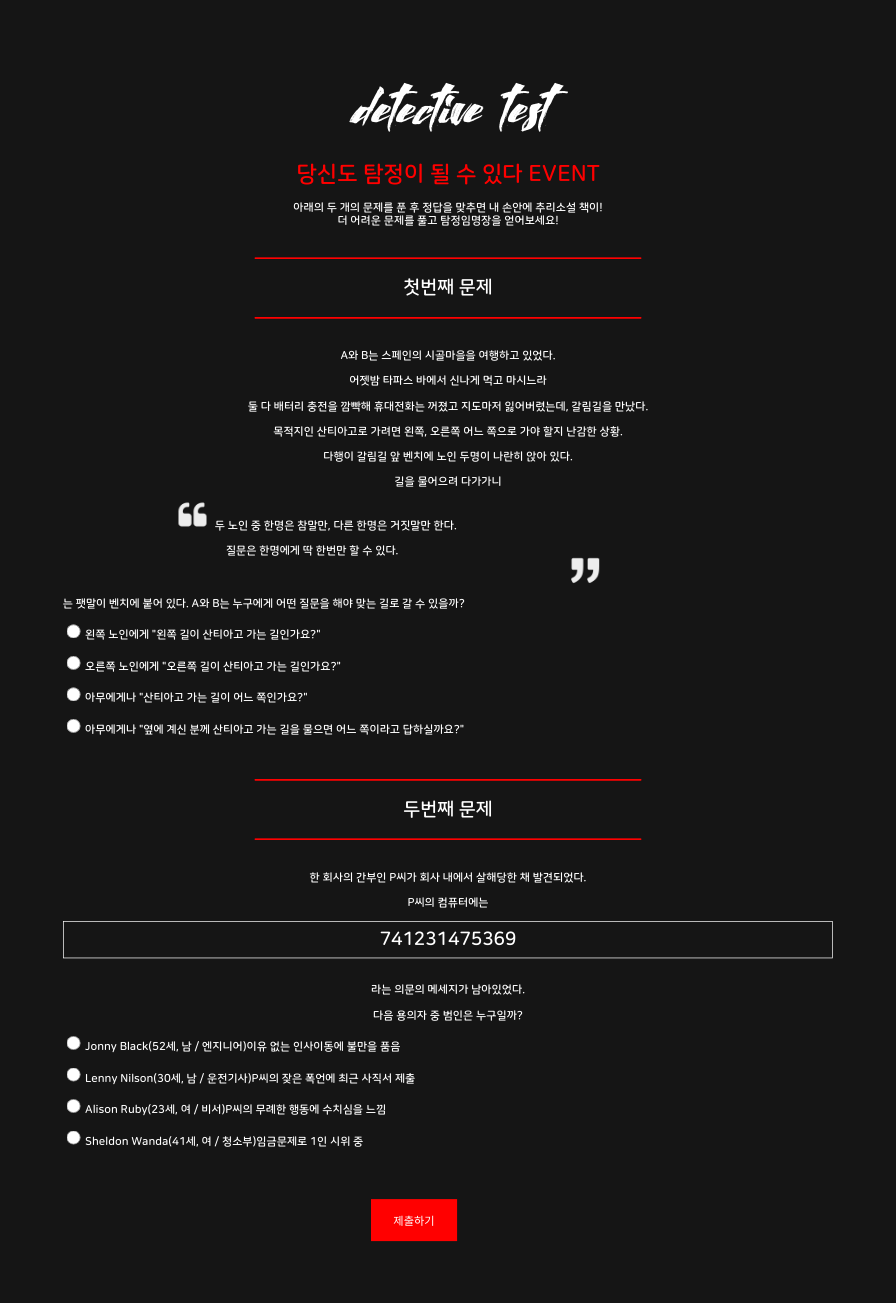
Repository: minkyung0421/Event_Project
Page: http://localhost/Event/quiz.jsp
The author's editor kept a copy of each file at every save. The page is drawn from the files as they stood at one save, then again after the next save.
The browser window is 1280 px wide. The pictures show the whole page, at 70% of full size.
The page is served by Tomcat 9.

Above is the page before, as saved 2018-09-04 08:03:00.

After the next save:
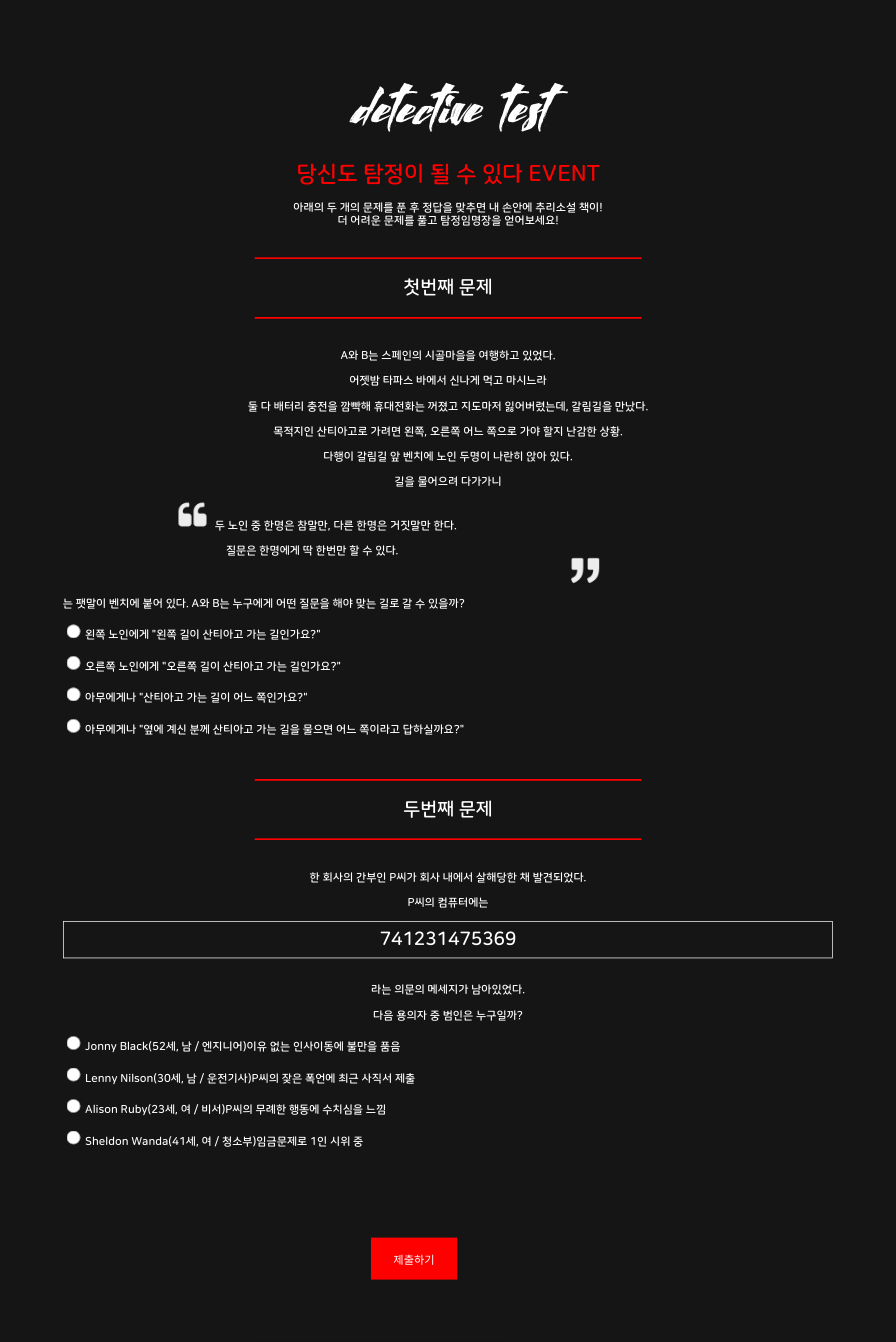
Saved 23 s later.
--- a/Event_Project/Event/WebContent/quiz.jsp
+++ b/Event_Project/Event/WebContent/quiz.jsp
@@ -115,7 +115,7 @@ P씨의 컴퓨터에는<br><br>
 	<label><input type = "radio" name = "quiz2" value = "4" style="width:20px;height:20px;"> Sheldon Wanda(41세, 여 / 청소부)임금문제로 1인 시위 중</label><br><br>
 
 
-	<button style = "margin-left: 40%; margin-top:5%">제출하기</button>
+	<button style = "margin-left: 40%; margin-top:10%">제출하기</button>
 </form>
 
 </body>
